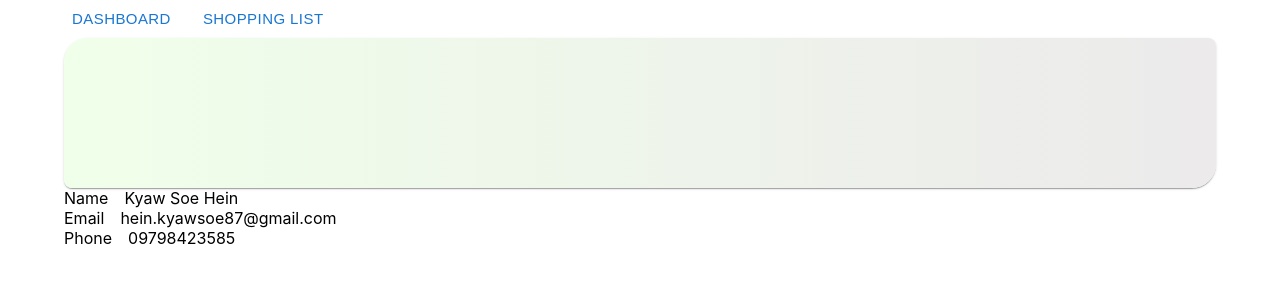
Repository: KyawSoeHein/GoogleAuthReact
Page: /
These files come from the project's save history. The page is drawn as it stood at one moment and after the next save; the edit follows.
The browser window is 1280 px wide. The pictures show the whole page.
The project was rebuilt for these pictures with package versions that can differ from the ones it lists, and the page was loaded fresh each time. Also part of the build but not shown: src/App.css.

Above is the page before, as saved 2022-02-14 19:25:14.

### src/index.tsx
import React from "react";
import ReactDOM from "react-dom";
import "./index.css";
import App from "./App";
import Dashboard from "./View/Dashboard";
import reportWebVitals from "./reportWebVitals";

ReactDOM.render(
  <React.StrictMode>
    <Dashboard />
  </React.StrictMode>,
  document.getElementById("root")
);

// If you want to start measuring performance in your app, pass a function
// to log results (for example: reportWebVitals(console.log))
// or send to an analytics endpoint. Learn more: https://bit.ly/CRA-vitals
reportWebVitals();

### src/View/Dashboard.tsx
import React from "react";
import { Container, Grid, Stack } from "@mui/material";
import MenuSelection from "../Components/MenuSelection";
import CoverAndProfilePhoto from "../Components/CoverAndProfilePhoto";

const Dashboard = () => {
  return (
    <Grid>
      <Container>
        <MenuSelection />

        <CoverAndProfilePhoto />

        <Stack direction={"row"} spacing={2}>
          <div>Name</div>
          <div>Kyaw Soe Hein</div>
        </Stack>

        <Stack direction={"row"} spacing={2}>
          <div>Email</div>
          <div>hein.kyawsoe87@gmail.com</div>
        </Stack>

        <Stack direction={"row"} spacing={2}>
          <div>Phone</div>
          <div>09798423585</div>
        </Stack>
      </Container>
    </Grid>
  );
};

export default Dashboard;

### src/Components/MenuSelection.tsx
import React from "react";
import { Button, Stack } from "@mui/material";
import "../App.css";

const MenuSelection = () => {
  const buttonFontSize = 15;

  return (
    <Stack direction={"row"} spacing={2}>
      <Button sx={{ fontSize: buttonFontSize, fontFamily: "sans-serif" }}>
        Dashboard
      </Button>
      <Button sx={{ fontSize: buttonFontSize, fontFamily: "sans-serif" }}>
        Shopping List
      </Button>
    </Stack>
  );
};

export default MenuSelection;

### src/Components/CoverAndProfilePhoto.tsx
import React from "react";
import { Button, Paper, Stack } from "@mui/material";
import "../App.css";

const CoverAndProfilePhoto = () => {
  return (
    <Paper
      elevation={1}
      sx={{
        height: 150,
        borderTopRightRadius: 8,
        borderTopLeftRadius: 24,
        borderBottomLeftRadius: 8,
        borderBottomRightRadius: 24,
        background:
          "linear-gradient(to right, rgb(240,299,234), rgb(236,234,235))",
      }}
    ></Paper>
  );
};

export default CoverAndProfilePhoto;

Loaded but not shown: public/index.html (common file); src/index.css (common file); src/reportWebVitals.ts (common file)

After the next save:
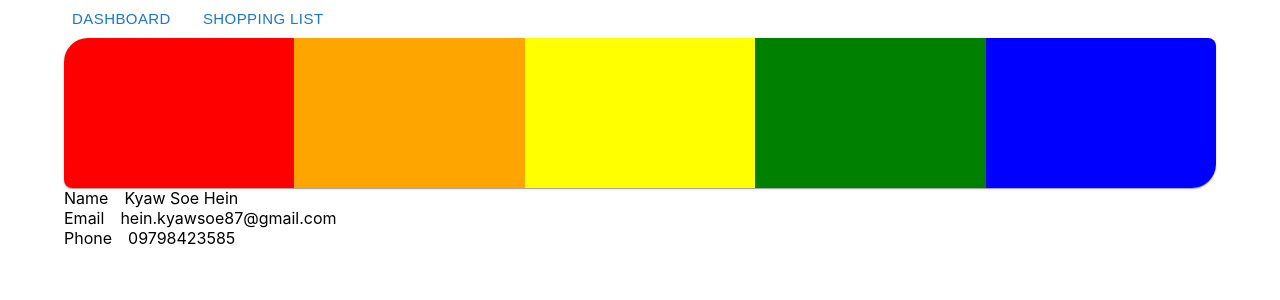
Saved 94 s later.
--- a/src/Components/CoverAndProfilePhoto.tsx
+++ b/src/Components/CoverAndProfilePhoto.tsx
@@ -13,7 +13,7 @@ const CoverAndProfilePhoto = () => {
         borderBottomLeftRadius: 8,
         borderBottomRightRadius: 24,
         background:
-          "linear-gradient(to right, rgb(240,299,234), rgb(236,234,235))",
+          "linear-gradient(to right, red 20%, orange 20% 40%, yellow 40% 60%, green 60% 80%, blue 80%)",
       }}
     ></Paper>
   );
